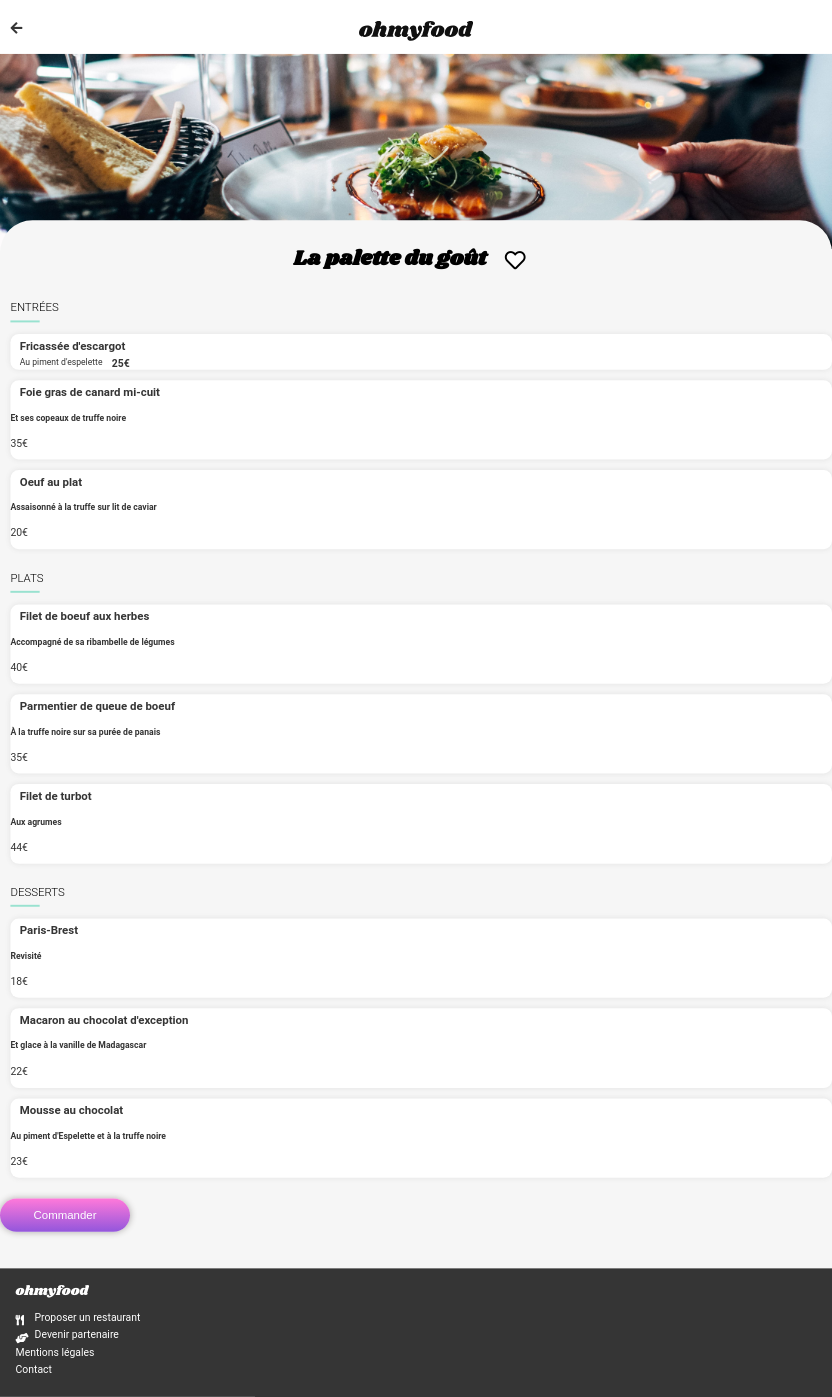
Repository: AlexisTisserand/AlexisTisserand_3_24112020
Page: menu-la-palette-du-gout.html
These files come from the project's save history. The page is drawn as it stood at one moment and after the next save; the edit follows.
The browser window is 1280 px wide. The pictures show the whole page, at 65% of full size.
Some web libraries are served in a nearby version. The style sheet was rebuilt from its Sass, Less or Tailwind sources for each picture, by a compiler version that may differ from the author's.

Above is the page before, as saved 2020-12-02 17:53:18.

### menu-la-palette-du-gout.html
<!DOCTYPE html>
<html lang="fr">

<head>
    <meta charset="UTF-8"/>
    <meta name="viewport" content="width=device-width, initial-scale=1">
    <meta name="descritpion" content="Menu - La palette du goût">
    <meta name="author" content="Alexis Tisserand">
    <link rel="stylesheet" href="https://use.fontawesome.com/releases/v5.4.1/css/all.css" integrity="sha384-5sAR7xN1Nv6T6+dT2mhtzEpVJvfS3NScPQTrOxhwjIuvcA67KV2R5Jz6kr4abQsz" crossorigin="anonymous">
    <link rel="stylesheet" href="style.css"/>
    <title>Menu - La palette du goût</title>
</head>
<body>

    <div id=bloc-page>

    <!--HEADER-->

    <header>
        <a href="index.html">
            <i class="fas fa-arrow-left"></i>
        </a>
        <div class="logo">
            <img src="images/logo/ohmyfood@2x.svg" alt="Logo ohmyfood"/>
        </div>
    </header>

    <section>

        <div class="restaurant-img">
            <img src="images/restaurants/la_palette_du_gout-min.jpg" alt="La Palette Du Goût"/>
        </div>

        <div class="restaurant-menu">
            <div class="restaurant-menu--titre">
                <h2>La palette du goût</h2>
                <div class="card-restaurant-legende-heart">
                    <span class="fa-stack">
                        <i class="fas fa-heart fa-stack-2x"></i>
                        <i class="far fa-heart fa-stack-2x"></i>
                    </span>
                </div>
            </div>

            <h3>ENTRÉES</h3>

                <div class="restaurant-menu--plats">
                    <h4>Fricassée d'escargot</h4>
                    <div class="restaurant-menu--plats--accompagnements">
                        <h5>Au piment d'espelette</h5>
                        <p>25€</p>
                    </div>
                </div>

                <div class="restaurant-menu--plats">
                    <h4>Foie gras de canard mi-cuit</h4>
                    <h5>Et ses copeaux de truffe noire</h5>
                    <p>35€</p>
                </div>

                <div class="restaurant-menu--plats">
                    <h4>Oeuf au plat</h4>
                    <h5>Assaisonné à la truffe sur lit de caviar</h5>
                    <p>20€</p>
                </div>

            <h3>PLATS</h3>

                <div class="restaurant-menu--plats">
                    <h4>Filet de boeuf aux herbes</h4>
                    <h5>Accompagné de sa ribambelle de légumes</h5>
                    <p>40€</p>
                </div>

                <div class="restaurant-menu--plats">
                    <h4>Parmentier de queue de boeuf</h4>
                    <h5>À la truffe noire sur sa purée de panais</h5>
                    <p>35€</p>
                </div>

                <div class="restaurant-menu--plats">
                    <h4>Filet de turbot</h4>
                    <h5>Aux agrumes</h5>
                    <p>44€</p>
                </div>

            <h3>DESSERTS</h3>

            <div class="restaurant-menu--plats">
                <h4>Paris-Brest</h4>
                <h5>Revisité</h5>
                <p>18€</p>
            </div>

            <div class="restaurant-menu--plats">
                <h4>Macaron au chocolat d'exception </h4>
                <h5>Et glace à la vanille de Madagascar</h5>
                <p>22€</p>
            </div>

            <div class="restaurant-menu--plats">
                <h4>Mousse au chocolat </h4>
                <h5>Au piment d'Espelette et à la truffe noire</h5>
                <p>23€</p>
            </div>

            <button class="description-ohmyfood-explorer" type="button">Commander</button>

        </div>
    </section>

    <footer>
        <h2>ohmyfood</h2>
        <div class="footer-img-text">
            <i class="fas fa-utensils"></i>
            <h3>Proposer un restaurant</h3>
        </div>
        <div class="footer-img-text">
            <i class="fas fa-hands-helping"></i>
            <h3>Devenir partenaire</h3>
        </div>
        <h3>Mentions légales</h3>
        <a href="mailto:ohmyfood@outlook.com"><h3>Contact</h3></a>
    </footer>

</body>
</html>

### sass/style.scss
@import "libs/fonts.scss";
@import "libs/media.scss";

/*COULEURS VARIABLES*/
$primary: #9356DC;
$secondary: #FF79DA;
$tertiary: #99E2D0;
$color-text: #353535;
$color-background: #f6f6f6;
$color-box-shadow :#e5e5e5;

/*VARIABLES TAILLE ET FONT FAMILY*/
$font-family: 'roboto', 'Raleway', 'Trebuchet MS', 'Lucida Sans Unicode', 'Lucida Grande', 'Lucida Sans', Arial, sans-serif;;
$size: 1rem;

/*Extensions*/
.box-shadow{
    box-shadow: 0px 0px 8px 1px $color-box-shadow;
    color: $color-text;
    border: none;
    border-radius: 25px;
    width: 350px;
    background-color: $color-background;
}

.margin-plats{
    margin: 0.5rem 0 0rem 0.9rem;
}

.cercle{
    background-color: $primary;
    color: white;
    padding: 8px;
    border-radius: 50px;
    margin-right: 25px;
    margin-left: -15px;
    width: 15px;
    height: 15px;
    text-align: center;
    align-content: center;
    font-size: $size;
    line-height: 15px;
    font-weight: light;
}

.transition-background{
    transition: background-color 200ms;
}

body{
    background-color: white;
    font-family: $font-family;
    margin: auto;
}

a{
    text-decoration: none;
    color: black;
}

#bloc-page{
    width: 100%;
    margin: auto;
    max-width: 2000px;
    min-width: 100px;
}

/*HEADER*/

header{
    text-align: center;
    .logo{
        margin-top: $size + 1rem;
        img{
            width: $size + 10rem;
        }
    }
}

.search-bar{
    display: flex;
    background-color: #EAEAEA;
    box-shadow: 0px -2px 5px 0px #CFCFCF;
    height: $size + 2rem;
    margin-top: 1rem;
    align-items: center;
    justify-content: center;
    .fas{
        font-size: $size;
        margin-bottom: 1rem;
    }
    .search-bar-button{
        color: $color-text;
        font-size: $size + 0.5rem;
    }
    .search-bar-text-input{
        outline: none;
        padding: 0;
        background-color: #EAEAEA;
        border: none;
        color: $color-text;
        font-size: $size;
        font-weight: bold;
        text-align: center;
        width: 180px;
    }
}

/*SECTION DESCRIPTION*/

#description-ohmyfood{
    display: flex;
    flex-direction: column;
    background-color: $color-background;
    align-items: center;
    text-align: center;
    h2{
        font-size: $size + 0.7rem ;
        padding: $size;
        margin-bottom: 0;
        margin-top: $size + 0.5rem;
    }
    h3{
        font-size: $size + 0.2rem ;
        font-weight: 300;
        margin-top: 0;
        padding: $size - 0.5rem, $size + 1rem ;
    }
    button{
        font-size: $size + 0.1rem;
        margin-top: $size;
        font-weight: normal;
        color: white;
        background: linear-gradient($secondary, $primary);
        position: relative;
        border: none;
        box-shadow: 0px 0px 10px 1px #b6b3b3;
        border-radius: 40px;
        padding: 15px 20px;
        margin-bottom: $size + 2.5rem;
        transition: transform cubic-bezier(1,0,0,1) 500ms, background 500ms, ;
        &:hover{
            background: lighten($color: $secondary, $amount: 5);
            box-shadow: 0px 0px 7px 3px #484B4C;
            transform: scale(1.1);
            cursor: pointer;
        }
        &:active{
            border-style: none;
        }
        &:focus{
            outline:none;
        }
}


}

/*FONCTIONNEMENT*/

#fonctionnement{
    display: flex;
    align-items: center;
    flex-direction: column;
    background-color: white;
    h2{
        margin: 3*$size $size $size;
    }
    ul{
        padding: 10px;
        margin-top: - $size;
    }
}

.fonctionnement-nav{
    display: flex;
    flex-wrap: wrap;
    justify-content: space-around;
    &-etape{
        display: flex;
        flex-direction: row;
        align-items: center;
        margin: 15px 30px ;
        @extend .transition-background;
        @extend .box-shadow;
        &:hover{
        background-color: rgba($color:$primary, $alpha: 0.15);
        cursor: pointer;
        &:hover .fas{
        color: $primary;
        }
    }
    h5{
        @extend .cercle;
    }
    .fas{
        margin-right: 15px;
        color: #7e7e7e;
        font-size: $size + 0.2rem;
        margin-right: $size;
        }
    }
    &-etape.active{
        background-color: rgba($color:$primary, $alpha: 0.15);
        .fas{
            color: $primary;
        }
    }
}

/*RESTAURANTS*/

#restaurants{
    display: flex;
    flex-direction: column;
    background-color: $color-background;
    h2{
        margin: 3*$size $size $size;
    }
}

.card-restaurant{
    display: flex;
    position: relative;
    z-index: 1;
    flex-direction: column;
    background-color: white;
    border-radius: 20px;
    box-shadow: 0px 0px 8px 1px $color-box-shadow;
    margin: 15px;
    box-sizing: border-box;
    transition: ease-in-out 200ms;
    &:hover{
        transform: scale(1.01);
    }
    img{
    height: 200px;
    position: relative;
    z-index: 1;
    object-fit: cover;
    width: 100%;
    border-radius: 1rem 1rem 0 0;
    }
    &-nouveau{
        background-color: $tertiary;
        color: #39a98e;
        position: absolute;
        top: 8px;
        right: 16px;
        padding: 7px;
        border-radius: 5px;
        z-index: 2;
    }
    &-legende{
        display: flex;
        flex-direction: row;
        justify-content: space-between;
        &-text{
            display: flex;
            flex-direction: column;
            margin-left: $size;
            h4{
                font-size: $size + 0.2rem;
                margin-top: $size;
                margin-bottom: 0;
            }
            h5{
                margin-top: 0.2 * $size;
                margin-bottom: $size;
                font-weight: 300;
                font-size: $size + 0.1rem;
            }
        }
        &-heart{
            align-self: center;
            margin-right: 2 * $size;
            .fas{
                color: white;
                &:hover{
                    background: red;
                }
            }
            .far{
                color: black;
                &:hover{
                    color:black
                }
            }
        }
    }
}

/*FOOTER*/

footer{
    padding: $size + 0.5rem;
    background-color: $color-text;
    color: white;
    h2{
        font-family: 'Shrikhand';
        font-weight: normal;
        font-size: $size + 0.3rem;
        margin-top: 0;
    }
    h3{
        margin: 0;
        font-weight: 400;
        margin-bottom: 0.5 * $size;
        font-size: initial;
    }
    .footer-img-text{
        display: flex;
        flex-direction: row;
        align-items: center;
        .fas{
            margin-right: $size;
            &.fa-hands-helping{
                margin-right: 0.58* $size;
            }
        }
    }
    a{
        color: white;
    }
}

/*********************************************************/
/*MEDIA QUERIES ACCUEIL*/
/*********************************************************/

/*LARGE DEVICES*/
@media screen and (min-width: 1268px){

    #restaurants{
        display: grid;
        grid-template-columns: repeat(4, 1fr);
        grid-template-rows: auto auto auto ;
        margin-bottom: 0px;
    }   h2{
        grid-column: 1/-1;
    }
}

/*MEDIUM DEVICES*/
@media screen and (max-width: 1267px){

    .fonctionnement-nav{
        justify-content: center;
        &-etape{
            width: 50%;
        }
    }

    #restaurants{
        display: grid;
        grid-template-columns: repeat(2, 1fr);
        grid-template-rows: auto auto auto ;
        h2{
            grid-column: 1/-1;
        }
    }
}

/*SMALL DEVICES*/
@media screen and (max-width: 934px){
    .fonctionnement-nav-etape{
        width: 100%;
    }

    #restaurants{
        display: grid;
        grid-template-columns: 1fr;
        grid-template-rows: auto auto auto ;
        h2{
            grid-column: 1/-1;
        }
    }

}

/*********************************************************/
/*MENU LA PALETTE DU GOÛT*/
/*********************************************************/


header{
    a{
        position: absolute;
        left: $size;
        color: $color-text;
        font-size: $size + 0.3rem;
    }
}

.restaurant-img{
    img{
        object-fit: cover;
        width: 100%;
        height: 300px;
        margin-top: $size;
        position: relative;
        z-index: 0;
    }
}

.restaurant-menu{
    background-color: $color-background;
    border-radius: 50px 50px 0 0;
    margin-top: - 3rem;
    position: relative;
    display: flex;
    z-index: 1;
    flex-direction: column;
    width: 100%;
    &--titre{
        display: flex;
        flex-direction: row;
        justify-content: center;
        align-items: center;
        margin-top: $size;
        h2{
            font-family: 'Shrikhand';
            font-size: $size + 1rem;
            margin-right: $size + 0.5rem;
            margin-left: $size;
        }
    }
    h3{
        font-weight: 300;
        font-size: $size + 0.1rem;
        margin-left: $size;
        border-bottom: $tertiary 3px solid;
        width: 45px;
        padding-bottom: 10px;
    }
    &--plats{
        background-color: white;
        box-shadow: 0px 0px 8px 1px $color-box-shadow;
        color: $color-text;
        border: none;
        border-radius: 13px;
        margin-left: $size;
        margin-bottom: $size;
        h4{
        @extend .margin-plats;
        font-size: $size + 0.1rem;
        }
        &--accompagnements{
            display: flex;
            flex-direction: row;
            align-content: center;
            h5{
                @extend .margin-plats;
                font-weight: 400;
            }
            p{
                @extend .margin-plats;
                font-weight: bold;
            }
        }
    }
    button{
        width: 200px;
        font-size: $size + 0.1rem;
        margin-top: $size;
        font-weight: normal;
        color: white;
        background: linear-gradient($secondary, $primary);
        position: relative;
        border: none;
        box-shadow: 0px 0px 10px 1px #b6b3b3;
        border-radius: 40px;
        padding: 15px 20px;
        margin-bottom: $size + 2.5rem;
        transition: transform cubic-bezier(1,0,0,1) 500ms, background 500ms ;
        &:hover{
            background: lighten($color: $secondary, $amount: 5);
            box-shadow: 0px 0px 7px 3px #484B4C;
            transform: scale(1.1);
            cursor: pointer;
        }
        &:active{
            border-style: none;
        }
        &:focus{
            outline:none;
        }
    }
}

### sass/libs/fonts.scss
@font-face {
    font-family: 'robotoregular';
    src: url('Fonts/roboto/Roboto-Regular-webfont.eot');
    src: url('Fonts/roboto/Roboto-Regular-webfont.eot?#iefix') format('embedded-opentype'),
         url('Fonts/roboto/Roboto-Regular-webfont.woff2') format('woff2'),
         url('Fonts/roboto/Roboto-Regular-webfont.woff') format('woff'),
         url('Fonts/roboto/Roboto-Regular-webfont.ttf') format('truetype'),
         url('Fonts/roboto/Roboto-Regular-webfont.svg#robotoregular') format('svg');
    font-weight: normal;
    font-style: normal;

}

@font-face {
    font-family: 'Shrikhand';
    src: url('Fonts/Shrikhand-Regular.eot');
    src: url('Fonts/Shrikhand-Regular.eot?#iefix') format('embedded-opentype'),
        url('Fonts/Shrikhand-Regular.woff2') format('woff2'),
        url('Fonts/Shrikhand-Regular.woff') format('woff'),
        url('Fonts/Shrikhand-Regular.ttf') format('truetype'),
        url('Fonts/Shrikhand-Regular.svg#Shrikhand-Regular') format('svg');
    font-weight: normal;
    font-style: italic;
    font-display: swap;
}

@font-face {
    font-family: 'robotoblack_italic';
    src: url('Fonts/roboto/Roboto-BlackItalic-webfont.eot');
    src: url('Fonts/roboto/Roboto-BlackItalic-webfont.eot?#iefix') format('embedded-opentype'),
         url('Fonts/roboto/Roboto-BlackItalic-webfont.woff2') format('woff2'),
         url('Fonts/roboto/Roboto-BlackItalic-webfont.woff') format('woff'),
         url('Fonts/roboto/Roboto-BlackItalic-webfont.ttf') format('truetype'),
         url('Fonts/roboto/Roboto-BlackItalic-webfont.svg#robotoblack_italic') format('svg');
    font-weight: normal;
    font-style: normal;

}

@font-face {
    font-family: 'robotoblack';
    src: url('Fonts/roboto/Roboto-Black-webfont.eot');
    src: url('Fonts/roboto/Roboto-Black-webfont.eot?#iefix') format('embedded-opentype'),
         url('Fonts/roboto/Roboto-Black-webfont.woff2') format('woff2'),
         url('Fonts/roboto/Roboto-Black-webfont.woff') format('woff'),
         url('Fonts/roboto/Roboto-Black-webfont.ttf') format('truetype'),
         url('Fonts/roboto/Roboto-Black-webfont.svg#robotoblack') format('svg');
    font-weight: normal;
    font-style: normal;

}

### sass/libs/media.scss
@media screen and (max-width: 1266px){

    .fonctionnement-nav-etape{
        margin: 15px 10px;
    }

    .card-restaurants{
        width: 50%;
    }
}

After the next save:
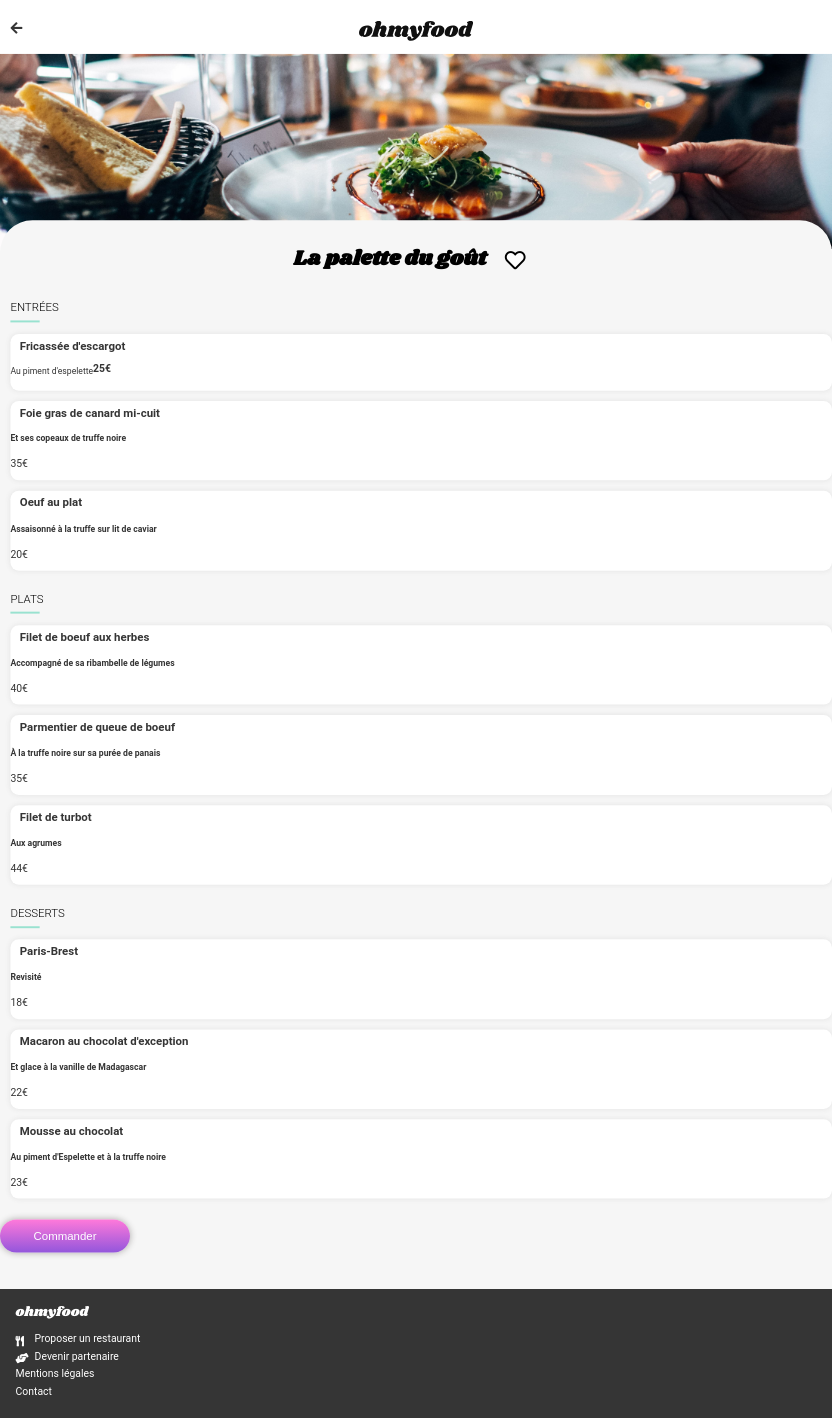
Saved 29 s later.
--- a/sass/style.scss
+++ b/sass/style.scss
@@ -450,11 +450,9 @@ header{
             flex-direction: row;
             align-content: center;
             h5{
-                @extend .margin-plats;
                 font-weight: 400;
             }
             p{
-                @extend .margin-plats;
                 font-weight: bold;
             }
         }
